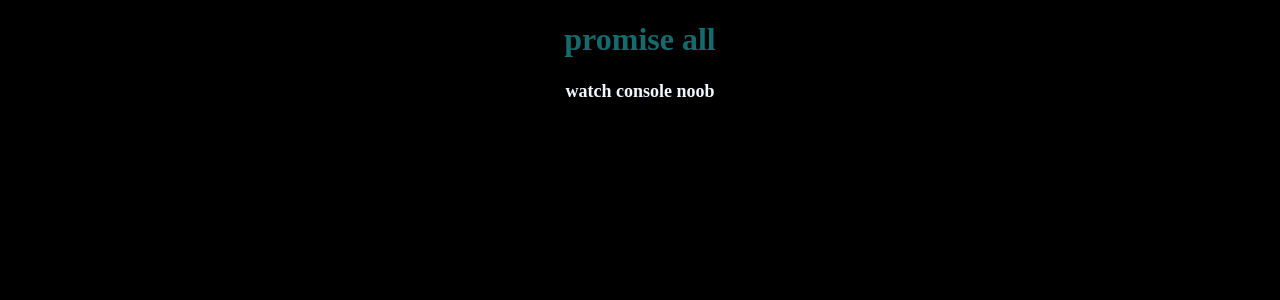
Repository: Magiciaan/pokeapi2
Page: new.html
The author's editor kept a copy of each file at every save. The page is drawn from the files as they stood at one save, then again after the next save.
The browser window is 1280 px wide. The pictures show the whole page.
The pointer rests on the first visible `a`.
The page's requests for data from a server got no answer.

Above is the page before, as saved 2023-01-09 23:47:57.

After the next save:
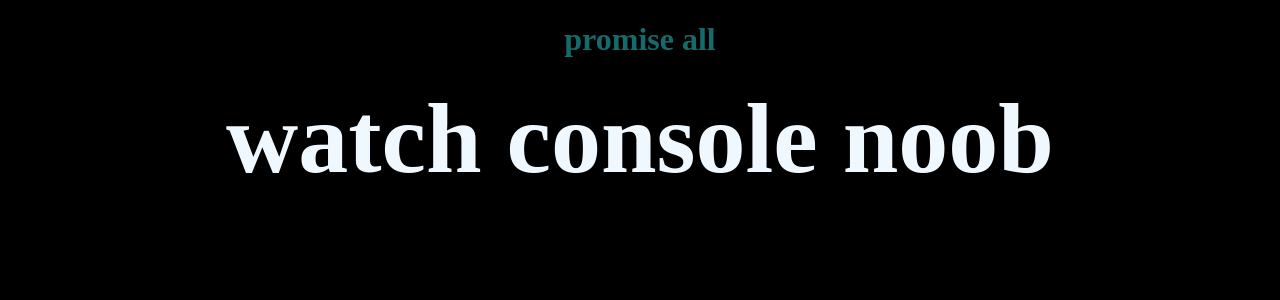
Saved 10 s later.
--- a/new.css
+++ b/new.css
@@ -10,6 +10,6 @@ a{
 a:hover{
     color: aliceblue;
     cursor: pointer;
-    font-size: large;
+    font-size: 100px;
 
 }
